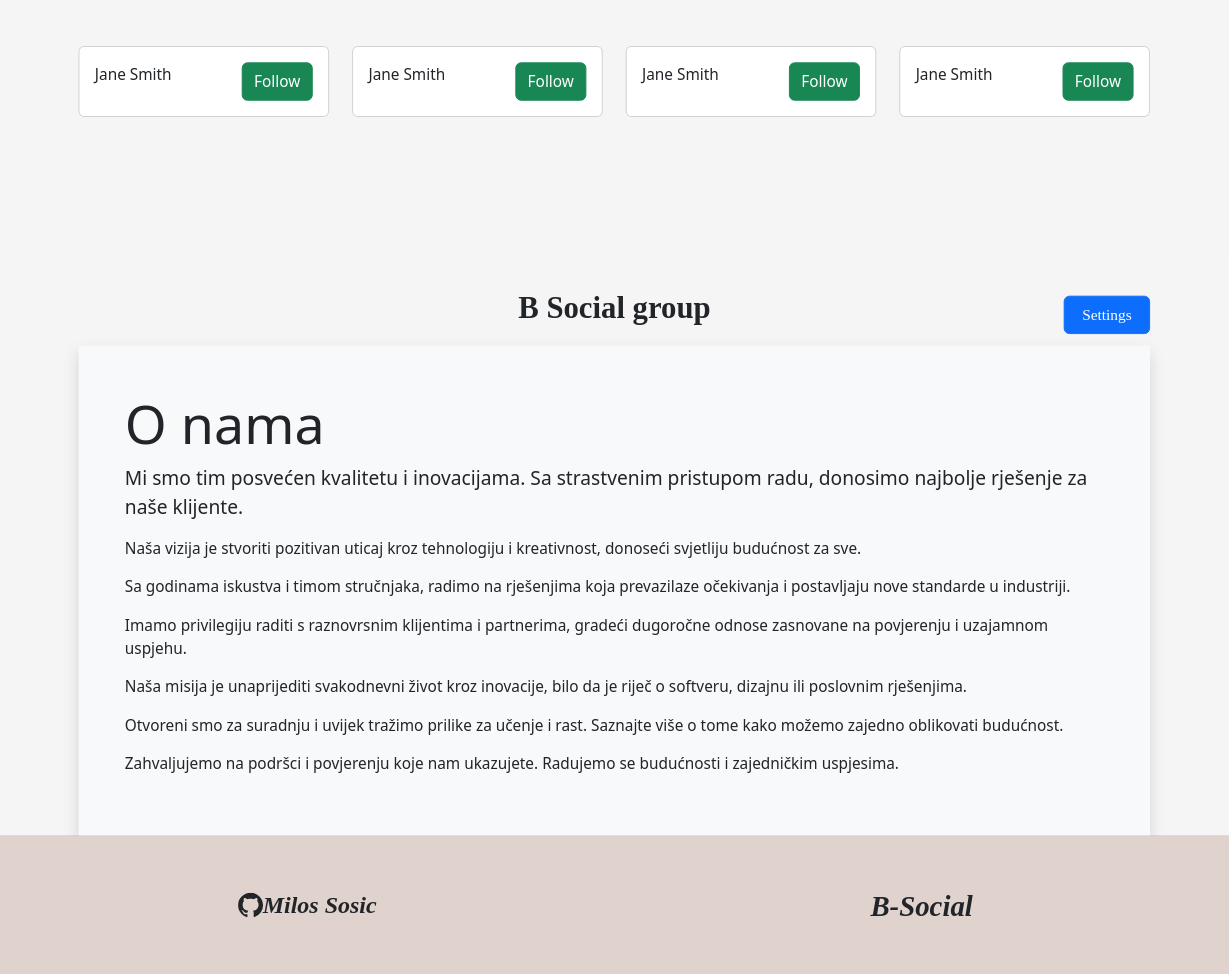
Repository: mcedo1/b-Social-app
Page: /aboutUs
An editor plug-in stored every save of this project. The page is shown before and after a run of saves, followed by the edit.
The browser window is 1280 px wide. The pictures show the whole page, at 96% of full size.
The project was rebuilt for these pictures with package versions that can differ from the ones it lists, and the page was loaded fresh each time. Also part of the build but not shown: src/components/log.reg.component/Login.js, src/components/log.reg.component/Registration.js, src/components/submain.component/Submain.css, src/components/submain.component/Comment.js, src/components/submain.component/Modal.js, src/components/submain.component/Post.js, src/components/submain.component/followers.component/FollowerComponet.js, src/components/submain.component/Submain.js and 1 more.

Above is the page before, as saved 2024-02-03 15:03:48.

After the next 2 saves:
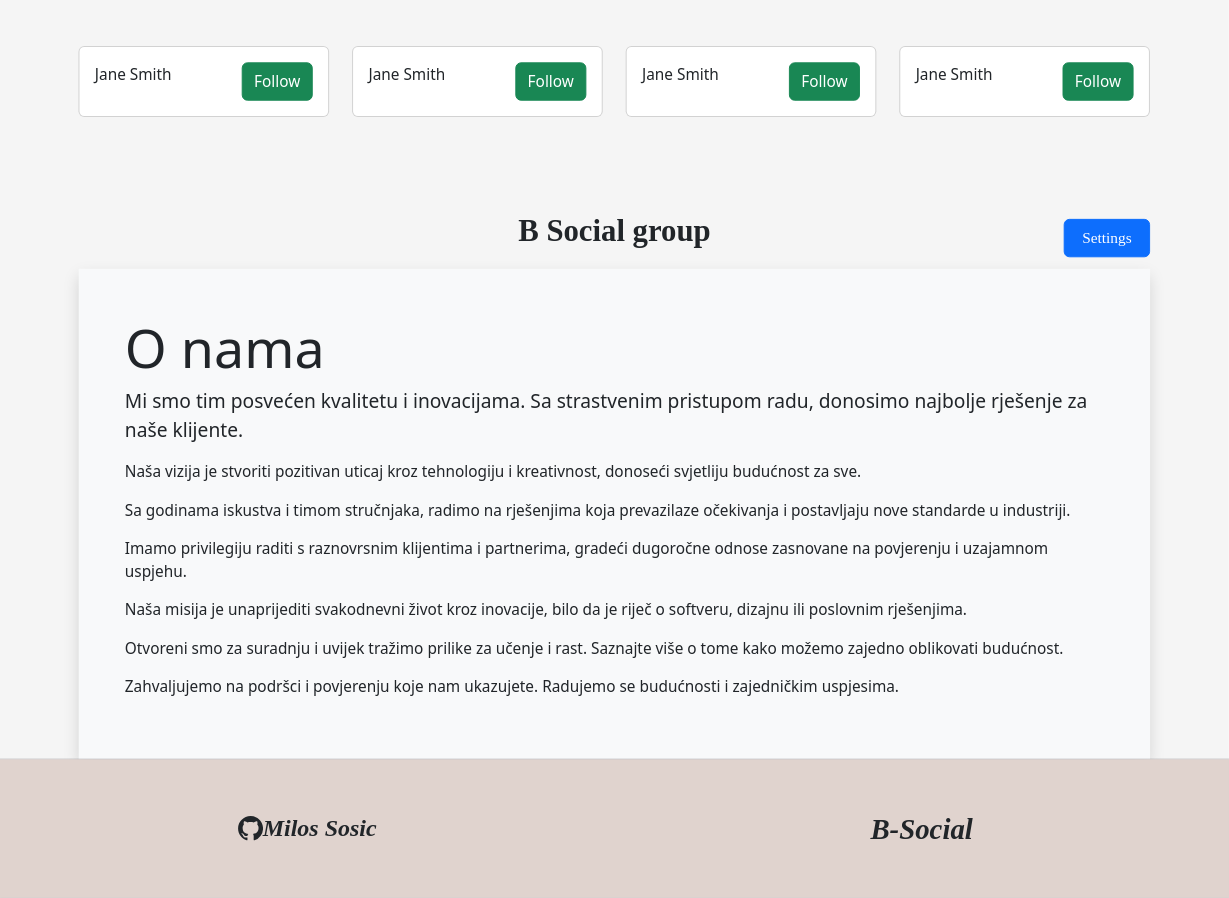
The 2 saves are shown as one change because they came seconds apart.
The last was saved 9 s later.
--- a/src/components/about.us.component/NewFollowers.js
+++ b/src/components/about.us.component/NewFollowers.js
@@ -15,7 +15,7 @@ const NewFollowerCard = ({ firstName, lastName }) => {
   };
 const NewFollowerComponent = () => {
     return (
-      <div className="row d-flex flex-nowrap overflow-auto"  style={{ height: '200px' }}>
+      <div className="row d-flex flex-nowrap overflow-auto"  style={{ height: '120px' }}>
         <NewFollowerCard firstName="Jane" lastName="Smith" />
         <NewFollowerCard firstName="Jane" lastName="Smith" />
         <NewFollowerCard firstName="Jane" lastName="Smith" />
